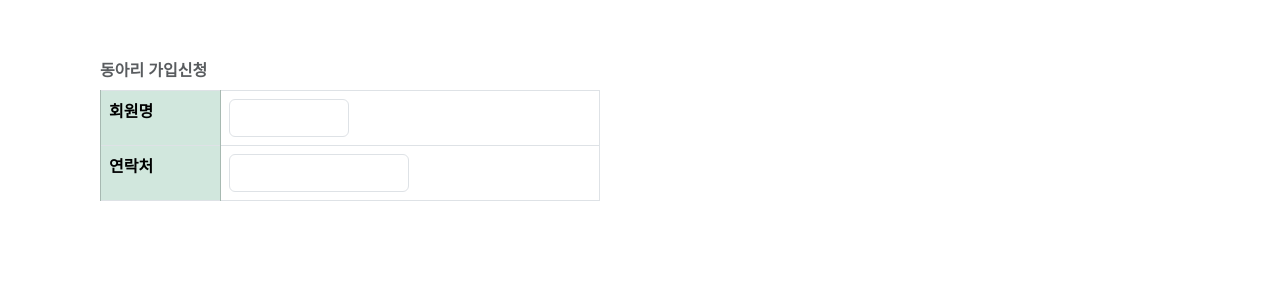
Repository: kim-gemma/JspStudy_hnkim
Page: http://localhost/JspCrudProject/member/addform.jsp
The author's editor kept a copy of each file at every save. The page is drawn from the files as they stood at one save, then again after the next save.
The browser window is 1280 px wide. The pictures show the whole page.
Some web fonts or font styles are not loaded; a fallback is used. The page is served by Tomcat 9.

Above is the page before, as saved 2025-12-11 05:32:45.

After the next save:
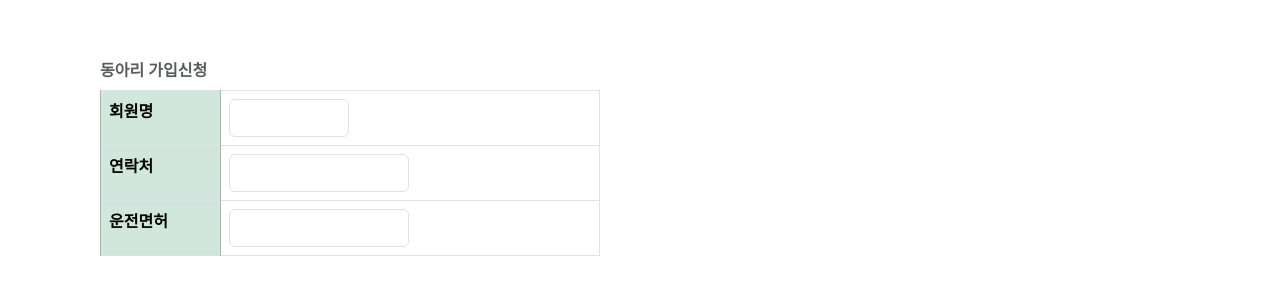
Saved 31 s later.
--- a/JspCrudProject/src/main/webapp/member/addform.jsp
+++ b/JspCrudProject/src/main/webapp/member/addform.jsp
@@ -24,7 +24,14 @@
 				<tr>
 					<th width="120" class="table-success">연락처</th>
 					<td>
-						<input type="text" name="name" class="form-control"
+						<input type="text" name="hp" class="form-control"
+						required="required" style="width: 180px;">
+					</td>
+				</tr>
+				<tr>
+					<th width="120" class="table-success">운전면허</th>
+					<td>
+						<input type="text" name="driver" class="form-control"
 						required="required" style="width: 180px;">
 					</td>
 				</tr>
